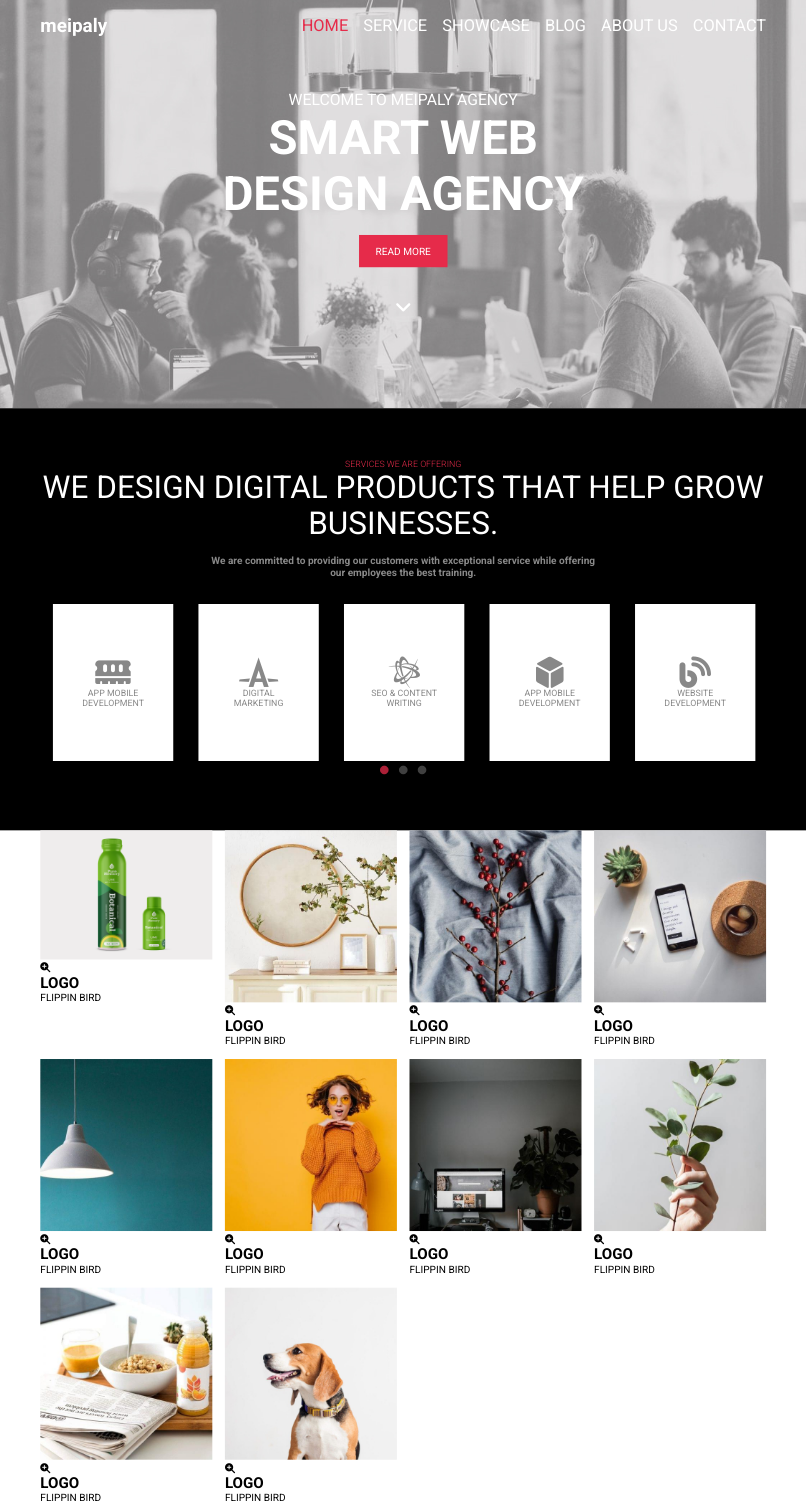
Repository: ducdatit2002/meipaly
Page: index.html
These files come from the project's save history. The page is drawn as it stood at one moment and after the next save; the edit follows.
The browser window is 1280 px wide. The pictures show the whole page, at 63% of full size.

Above is the page before, as saved 2023-07-17 19:12:45.

After the next save:
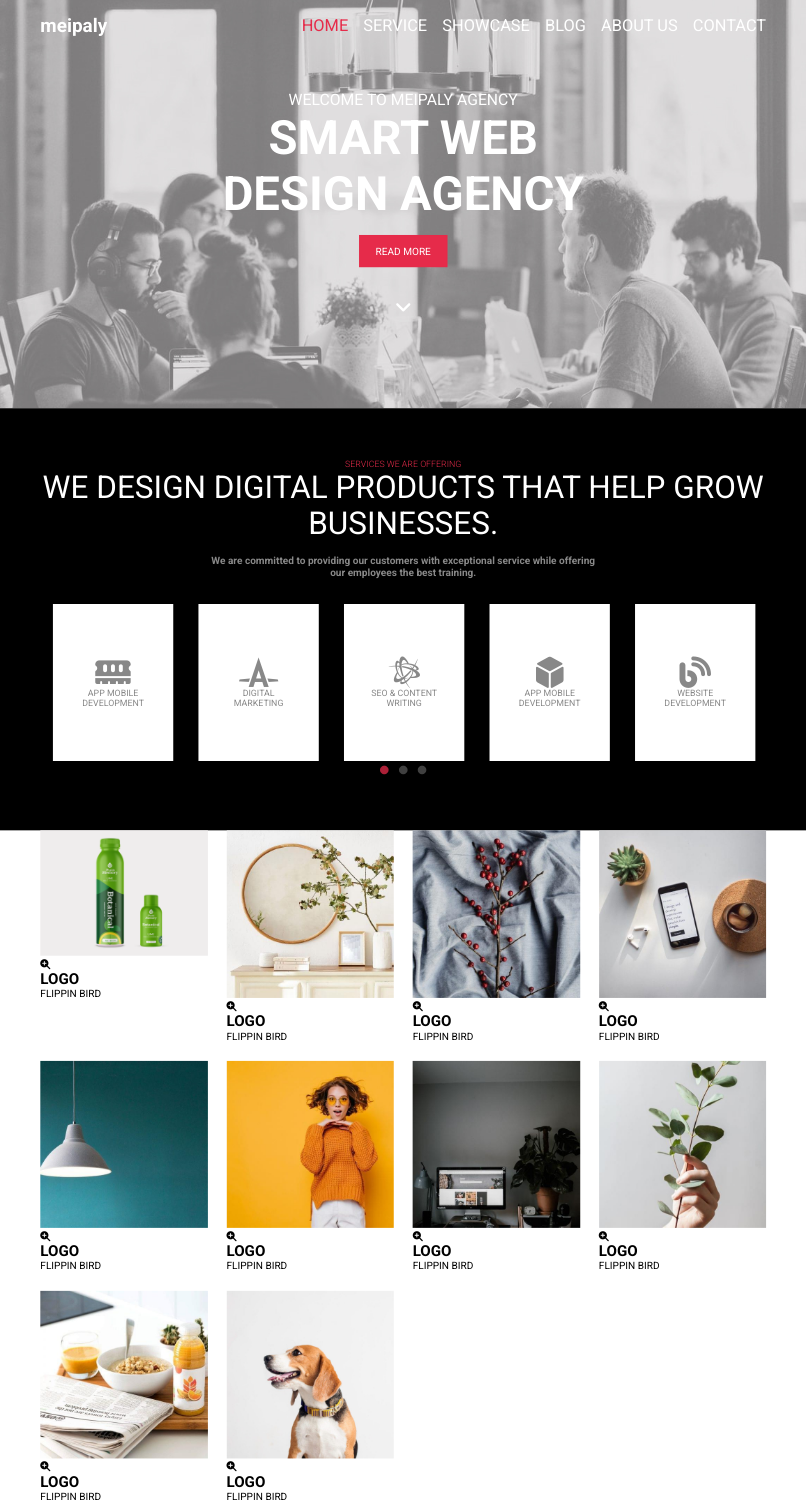
Saved 4 s later.
--- a/index.css
+++ b/index.css
@@ -176,7 +176,7 @@ header a.active, header a:hover {
 .blog__list {
     display: grid;
     grid-template-columns: repeat(4, 1fr);
-    gap: 20px;
+    gap: 30px;
 
 }
 .blog__list img {
